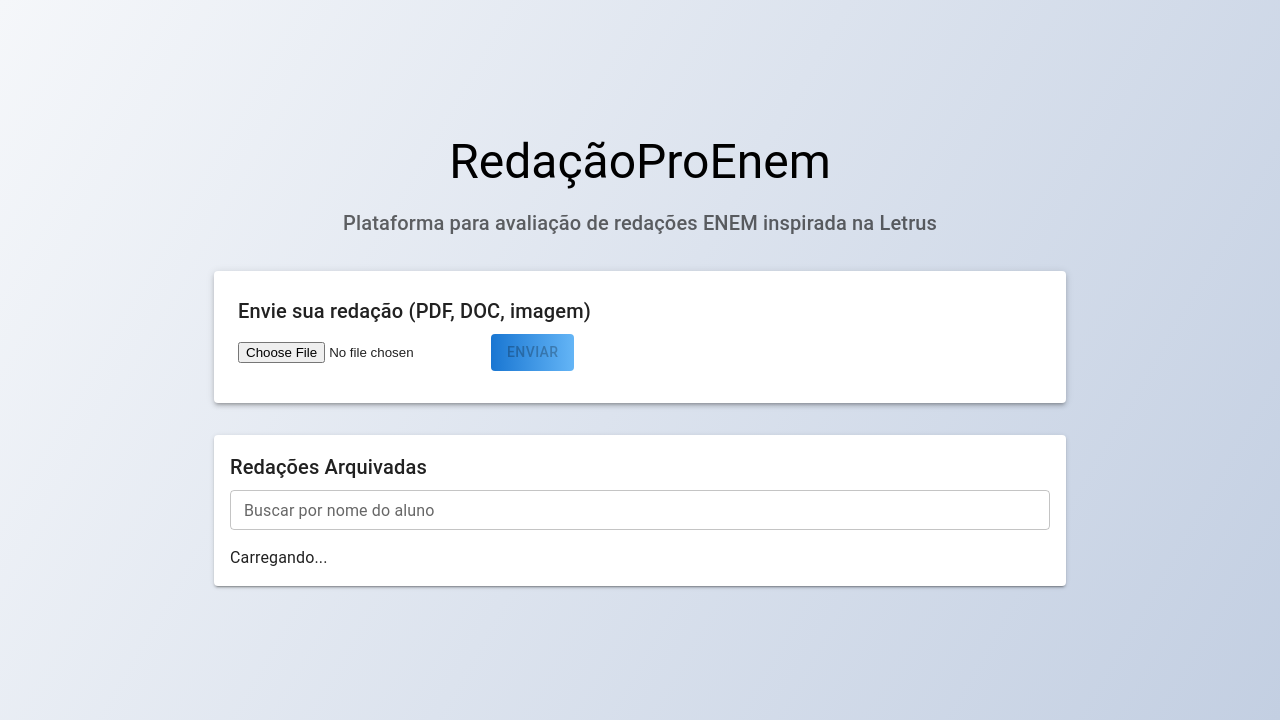
Repository: Matheus904-12/redacao-pro-app
Page: / (app in RedacaoProEnem/frontend/)
These files come from the project's save history. The page is drawn as it stood at one moment and after the next save; the edit follows.
The browser window is 1280 px wide. The pictures show the whole page.
The page's requests for data from a server got no answer. The project was rebuilt for these pictures with package versions that can differ from the ones it lists, and the page was loaded fresh each time. No one was signed in, and anything a server would have sent is missing. Also part of the build but not shown: RedacaoProEnem/frontend/src/components/ResultadoArea.jsx, RedacaoProEnem/frontend/src/components/RedacaoDetalhe.jsx.

Above is the page before, as saved 2025-08-11 18:47:02.

### RedacaoProEnem/frontend/index.html
<!DOCTYPE html>
<html lang="pt-br">
  <head>
    <meta charset="UTF-8" />
    <meta name="viewport" content="width=device-width, initial-scale=1.0" />
    <title>RedaçãoProEnem</title>
    <link rel="icon" href="/favicon.ico" />
  </head>
  <body>
    <div id="root"></div>
    <script type="module" src="/src/main.jsx"></script>
  </body>
</html>

### RedacaoProEnem/frontend/src/App.jsx
import React from 'react';
import { Container, Typography, Box } from '@mui/material';
import UploadArea from './components/UploadArea';
import RedacoesList from './components/RedacoesList';
import './App.css';

export default function App() {
  return (
    <Container maxWidth="md">
      <Box sx={{ my: 4 }}>
        <Typography variant="h3" align="center" gutterBottom>
          RedaçãoProEnem
        </Typography>
        <Typography variant="h6" align="center" color="text.secondary" gutterBottom>
          Plataforma para avaliação de redações ENEM inspirada na Letrus
        </Typography>
        <UploadArea />
        <RedacoesList />
      </Box>
    </Container>
  );
}

### RedacaoProEnem/frontend/src/index.css
body {
  margin: 0;
  font-family: 'Roboto', Arial, sans-serif;
  background: linear-gradient(120deg, #f5f7fa 0%, #c3cfe2 100%);
}

#root {
  min-height: 100vh;
  display: flex;
  align-items: center;
  justify-content: center;
}

### RedacaoProEnem/frontend/src/components/UploadArea.jsx

import React, { useState } from 'react';
import { Box, Button, Typography, Paper, CircularProgress } from '@mui/material';
import { uploadRedacao } from '../services/api';
import ResultadoArea from './ResultadoArea';

export default function UploadArea() {
  const [file, setFile] = useState(null);
  const [preview, setPreview] = useState(null);
  const [loading, setLoading] = useState(false);
  const [resultado, setResultado] = useState(null);

  function handleFileChange(e) {
    const f = e.target.files[0];
    setFile(f);
    setResultado(null);
    if (f && f.type.startsWith('image/')) {
      setPreview(URL.createObjectURL(f));
    } else {
      setPreview(null);
    }
  }

  async function handleUpload() {
    setLoading(true);
    try {
      const res = await uploadRedacao(file);
      setResultado(res);
    } catch (err) {
      setResultado({ texto: '', iaDetectado: false, competencias: [], error: 'Erro ao enviar.' });
    }
    setLoading(false);
  }

  return (
    <>
      <Paper elevation={3} sx={{ p: 3, mt: 4 }}>
        <Typography variant="h6" gutterBottom>
          Envie sua redação (PDF, DOC, imagem)
        </Typography>
        <input
          type="file"
          accept=".pdf,.doc,.docx,image/*"
          onChange={handleFileChange}
          style={{ marginBottom: 16 }}
        />
        {preview && (
          <Box sx={{ mb: 2 }}>
            <img src={preview} alt="Preview" style={{ maxWidth: '100%', maxHeight: 200 }} />
          </Box>
        )}
        <Button variant="contained" color="primary" onClick={handleUpload} disabled={!file || loading}>
          {loading ? <CircularProgress size={24} /> : 'Enviar'}
        </Button>
      </Paper>
      <ResultadoArea resultado={resultado} />
    </>
  );
}

### RedacaoProEnem/frontend/src/components/RedacoesList.jsx

import React, { useEffect, useState } from 'react';
import { Paper, Typography, List, ListItem, ListItemText, Divider, TextField } from '@mui/material';
import { getRedacoes } from '../services/api';
import RedacaoDetalhe from './RedacaoDetalhe';

export default function RedacoesList() {
  const [redacoes, setRedacoes] = useState([]);
  const [loading, setLoading] = useState(true);
  const [busca, setBusca] = useState('');
  const [selecionada, setSelecionada] = useState(null);
  const [modalOpen, setModalOpen] = useState(false);

  useEffect(() => {
    async function fetchRedacoes() {
      setLoading(true);
      const lista = await getRedacoes();
      setRedacoes(lista);
      setLoading(false);
    }
    fetchRedacoes();
  }, []);

  const filtradas = redacoes.filter(r => r.nomeAluno.toLowerCase().includes(busca.toLowerCase()));

  function handleOpenDetalhe(redacao) {
    setSelecionada(redacao);
    setModalOpen(true);
  }
  function handleCloseDetalhe() {
    setModalOpen(false);
    setSelecionada(null);
  }

  return (
    <Paper elevation={2} sx={{ p: 2, mt: 4 }}>
      <Typography variant="h6" gutterBottom>Redações Arquivadas</Typography>
      <TextField
        label="Buscar por nome do aluno"
        variant="outlined"
        size="small"
        fullWidth
        sx={{ mb: 2 }}
        value={busca}
        onChange={e => setBusca(e.target.value)}
      />
      {loading ? <Typography>Carregando...</Typography> : (
        <List>
          {filtradas.map((r, idx) => (
            <React.Fragment key={r._id}>
              <ListItem alignItems="flex-start" button onClick={() => handleOpenDetalhe(r)}>
                <ListItemText
                  primary={r.nomeAluno}
                  secondary={
                    <>
                      <Typography variant="body2" color={r.iaDetectado ? 'error' : 'success.main'}>
                        {r.iaDetectado ? 'IA detectada' : 'Sem IA'}
                      </Typography>
                      <Typography variant="body2">Arquivo: {r.arquivoOriginal}</Typography>
                      <Typography variant="body2">Enviado: {new Date(r.dataEnvio).toLocaleString()}</Typography>
                      <Typography variant="body2" sx={{ mt: 1 }}>Trecho: {r.texto.slice(0, 120)}...</Typography>
                    </>
                  }
                />
              </ListItem>
              <Divider />
            </React.Fragment>
          ))}
        </List>
      )}
      <RedacaoDetalhe open={modalOpen} onClose={handleCloseDetalhe} redacao={selecionada} />
    </Paper>
  );
}

### RedacaoProEnem/frontend/src/App.css
/* Estilos adicionais para o App */
.MuiPaper-root {
  border-radius: 16px;
  background: #fff;
}

.MuiButton-containedPrimary {
  background: linear-gradient(90deg, #1976d2 0%, #64b5f6 100%);
  color: #fff;
}

### RedacaoProEnem/frontend/src/services/api.js
// Serviço para integração com o backend
const API_URL = 'http://localhost:3001';


export async function uploadRedacao(file, nomeAluno = 'Aluno') {
  const formData = new FormData();
  formData.append('file', file);
  formData.append('nomeAluno', nomeAluno);
  const res = await fetch(`${API_URL}/upload`, {
    method: 'POST',
    body: formData,
  });
  return res.json();
}

export async function getRedacoes() {
  const res = await fetch(`${API_URL}/redacoes`);
  return res.json();
}

Loaded but not shown: RedacaoProEnem/frontend/src/main.jsx (common file)

After the next save:
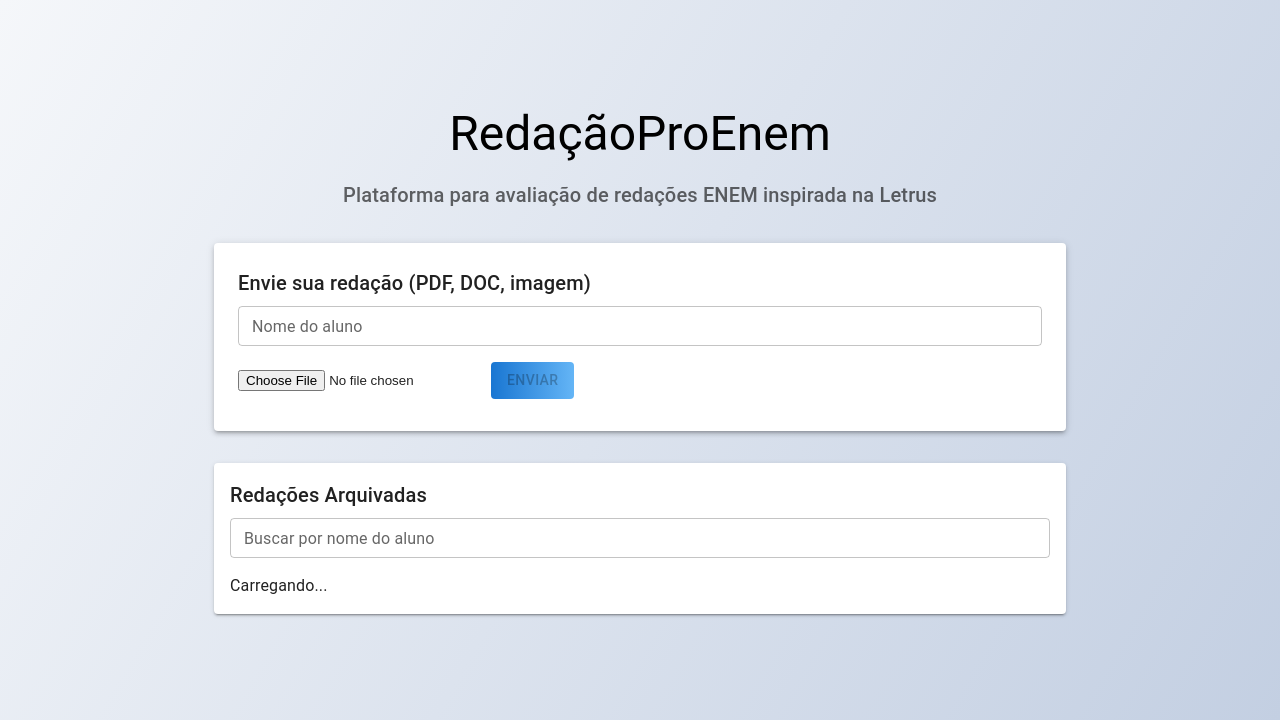
Saved 10 s later.
--- a/RedacaoProEnem/frontend/src/components/UploadArea.jsx
+++ b/RedacaoProEnem/frontend/src/components/UploadArea.jsx
@@ -1,6 +1,7 @@
+
 
 import React, { useState } from 'react';
-import { Box, Button, Typography, Paper, CircularProgress } from '@mui/material';
+import { Box, Button, Typography, Paper, CircularProgress, TextField } from '@mui/material';
 import { uploadRedacao } from '../services/api';
 import ResultadoArea from './ResultadoArea';
 
@@ -9,6 +10,7 @@
   const [preview, setPreview] = useState(null);
   const [loading, setLoading] = useState(false);
   const [resultado, setResultado] = useState(null);
+  const [nomeAluno, setNomeAluno] = useState('');
 
   function handleFileChange(e) {
     const f = e.target.files[0];
@@ -24,7 +26,7 @@
   async function handleUpload() {
     setLoading(true);
     try {
-      const res = await uploadRedacao(file);
+      const res = await uploadRedacao(file, nomeAluno);
       setResultado(res);
     } catch (err) {
       setResultado({ texto: '', iaDetectado: false, competencias: [], error: 'Erro ao enviar.' });
@@ -38,6 +40,15 @@
         <Typography variant="h6" gutterBottom>
           Envie sua redação (PDF, DOC, imagem)
         </Typography>
+        <TextField
+          label="Nome do aluno"
+          variant="outlined"
+          size="small"
+          fullWidth
+          sx={{ mb: 2 }}
+          value={nomeAluno}
+          onChange={e => setNomeAluno(e.target.value)}
+        />
         <input
           type="file"
           accept=".pdf,.doc,.docx,image/*"
@@ -49,7 +60,7 @@
             <img src={preview} alt="Preview" style={{ maxWidth: '100%', maxHeight: 200 }} />
           </Box>
         )}
-        <Button variant="contained" color="primary" onClick={handleUpload} disabled={!file || loading}>
+        <Button variant="contained" color="primary" onClick={handleUpload} disabled={!file || loading || !nomeAluno}>
           {loading ? <CircularProgress size={24} /> : 'Enviar'}
         </Button>
       </Paper>
